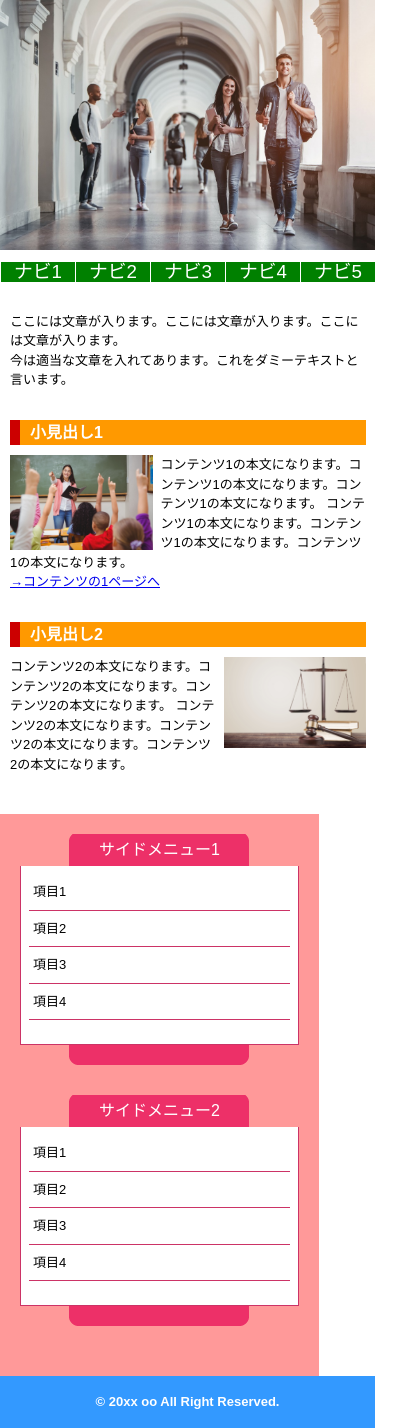
Repository: tameikimaziri/samurai_HTML-CSS
Page: index.html
The author's editor kept a record of every edit. The page is drawn from the files as they stood at one moment, then again after the next edit.
The browser window is 375 px wide. The page is 396 px wide, so the pictures cover 396 px, including what lies to the right of the window. The pictures show the whole page.

Above is the page before.

### index.html
<!DOCTYPE html>
<html lang="ja">
<head>
    <meta charset="UTF-8">
    <meta name="viewport" content="width=device-width, initial-scale=1">
    <title>HTML/CSSの学習</title>
    <link rel="stylesheet" href="stylesheet.css">
</head>
<body>
    <div id="header">
        <h1><a href="index.html"><img id="corridor" src="images/corridior.jpg"alt="大学の廊下"/></a></h1>
    </div>
 <div id="wrapper">
     <div id="nav">
         <ul>
             <li><a href="home.html">ナビ1</a></li>
             <li><a href="#">ナビ2</a></li>
             <li><a href="#">ナビ3</a></li>
             <li><a href="#">ナビ4</a></li>
             <li><a href="#">ナビ5</a></li>
         </ul>
     </div>
     <div id="container">
         <div id="main">
         <div class="post">
             <p>ここには文章が入ります。ここには文章が入ります。ここには文章が入ります。<br />今は適当な文章を入れてあります。これをダミーテキストと言います。</p>
     </div>
             <div class="post clearfix">
                 <h2>小見出し1</h2>
                 <img class="left" src="images/classroom.jpg" alt="授業風景" />
                 <p>
                    コンテンツ1の本文になります。コンテンツ1の本文になります。コンテンツ1の本文になります。
                    コンテンツ1の本文になります。コンテンツ1の本文になります。コンテンツ1の本文になります。
                 </p>
                <p><a href="#">→コンテンツの1ページへ</a></p>
             </div>
             <div class="post clearfix">
                 <h2>小見出し2</h2>
                 <img class="right" src="images/scale.jpg" alt="天秤" />
                 <p>
                    コンテンツ2の本文になります。コンテンツ2の本文になります。コンテンツ2の本文になります。
                    コンテンツ2の本文になります。コンテンツ2の本文になります。コンテンツ2の本文になります。
                 </p>
            </div>
     </div>
      <div id="side">
         <div class="box">
             <h2>サイドメニュー1</h2>
             <div class="boxBody">
                 <ul>
                     <li>項目1</li>
                     <li>項目2</li>
                     <li>項目3</li>
                     <li>項目4</li>
                 </ul>
             </div>
         </div>
         <div class="box">
             <h2>サイドメニュー2</h2>
              <div class="boxBody">
                 <ul>
                     <li>項目1</li>
                     <li>項目2</li>
                     <li>項目3</li>
                     <li>項目4</li>
                 </ul>
         </div>
     </div>
    </div>
 </div>
 <div id="footer">
     <p>&copy; 20xx oo All Right Reserved.</p>
 </div>
</body>
</html>

### stylesheet.css
@charset"utf-8";
body {
  margin: 0;
  padding: 0;
  font-family: "ヒラギノ角ゴ Pro W3", "Hiragino Kaku Gothic Pro", "メイリオ",Meiryo, Osaka,"ＭＳ Ｐゴシック","MS PGothic",sans-serif;
  color: #333;
  font-size:13px;
  line-height: 150%;
}

/*-------------------- wrapper --------------------*/
#wrapper{
  width: 100%;
  margin: auto;
  padding: 0px;
  border: 0px;
  background-color:#FFF;
  top:10px;
  position: relative;
}

/* -------------------- header -------------------- */
#header {
  width: 100%;
}
#header h1 {
  margin: 0;
  padding: 0;
}

#corridor {
  width: 100%;
  height: auto;
}

/* -------------------- footer -------------------- */
#footer {
  clear: both;
  width: 100%;
  padding: 3px 0 3px 0 ;
  background: #39F;
  color: #FFF;
  font-weight: bold;
  text-align: center;
}

/* -------------------- nav -------------------- */
#nav {
width: 100%;
}
#nav ul {
  display:flex;
margin: 0;
padding: 0;
list-style-type: none;
}
#nav ul li {
width: 20%;
text-align: center;
}
#nav ul li a {
display: block;
height: 20px;
margin: 0;
padding: 10px;
color: #FFF;
font-size: 20px;
text-decoration: none;
background-color: green;
 border-left: 1px solid white;
}

#nav ul li a:hover {
  filter: drop-shadow(10px 10px 10px black);
}


/* -------------------- container -------------------- */
#container {
  width: 100%;
  margin: auto ;
  padding-top: 20px;
  clear: both;
  display:grid;
  grid-template-columns: 70vw 30vw;
}
/* -------------------- main -------------------- */
#main {
  width: 95%;
  padding: 10px 30px 10px 10px;
}
#main h2 {
  margin: 0 0 10px 0;
  padding: 3px 10px 3px 10px;
  color: #FFF;
  font-size: 16px;
  border-left: solid 10px #C00;
  background-color: #F90;
}
#main p{
  margin: 0;
  padding: 0;
}
#main .post {
  margin: 0 0 30px 0;
}

#main .post img.right {
  margin: 0 0 0 8px;
}
#main .post img.left {
  margin: 0 8px 0 0;
}
 .right {
  float: right;
  width: 40%;
  height: auto;
 }
 .left {
	 float: left;
	 width: 40%;
	 height: auto;
 }
 /* -------------------- clearfix -------------------- */
 .clearfix {
  zoom: 1;
 }
 .clearfix:after {
   content:"";
   display:block;
   clear: both;
 }

 @media screen and (max-width:480px){
/* .media sp｛*/
  /*#grid{*/
  /*  display:block;
    grid-template-column:auto;*/
  #container {
    /*	display: grid;
    grid-template-columns: 100vw;*/
    display: block;
      }
 #nav ul li a {
    font-size: 5vw;
    box-sizing: border-box;
    width:100%;
    padding: 0;
 }
 #side {
 	box-sizing: border-box;
    width: 85%;
    padding: 20px;
}
 }


/* -------------------- side -------------------- */

#side {
  width: 85%;
  padding : 20px;
  background-color: #F99;
/* ｝*/
 }
#side .box {
  margin: 0 auto 30px auto;
  padding: 0 0 20px 0;
  background: url(images/side_box.png) bottom no-repeat;
}
#side .box h2 {
  margin: 0;
  padding: 8px;
  text-align: center;
  color: #fff;
  font-size: 16px;
  line-height: 16px;
  font-weight: normal;
  background: url(images/side_box_h2.png) center no-repeat;
}
#side .box .boxBody {
  padding: 8px;
  border-right: solid 1px #C36;
  border-bottom: solid 1px #C36;
  border-left: solid 1px #C36;
  background: #fff;
}
#side .box .boxBody ul {
  margin: 0 0 16px 0;
  padding: 0;
}
#side .box .boxBody ul li {
	padding: 8px 0 8px 4px;
  list-style: none;
  border-bottom: solid 1px #C36;
}

#side .box .boxBody ul li:hover {
  padding: 8px 0 8px 4px;
  list-style: none;
  border-bottom: solid 1px #C36;
  box-shadow: 0px 4px 4px rgba(0, 0, 0, 0.3);
}

After the next edit:
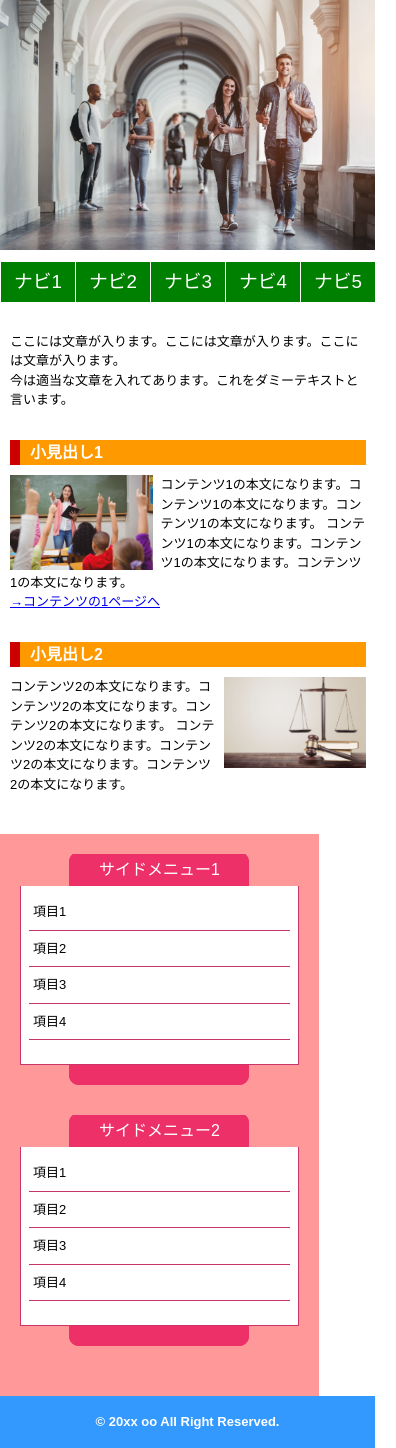
The edit:
--- a/stylesheet.css
+++ b/stylesheet.css
@@ -143,9 +143,6 @@
       }
  #nav ul li a {
     font-size: 5vw;
-    box-sizing: border-box;
-    width:100%;
-    padding: 0;
  }
  #side {
  	box-sizing: border-box;
